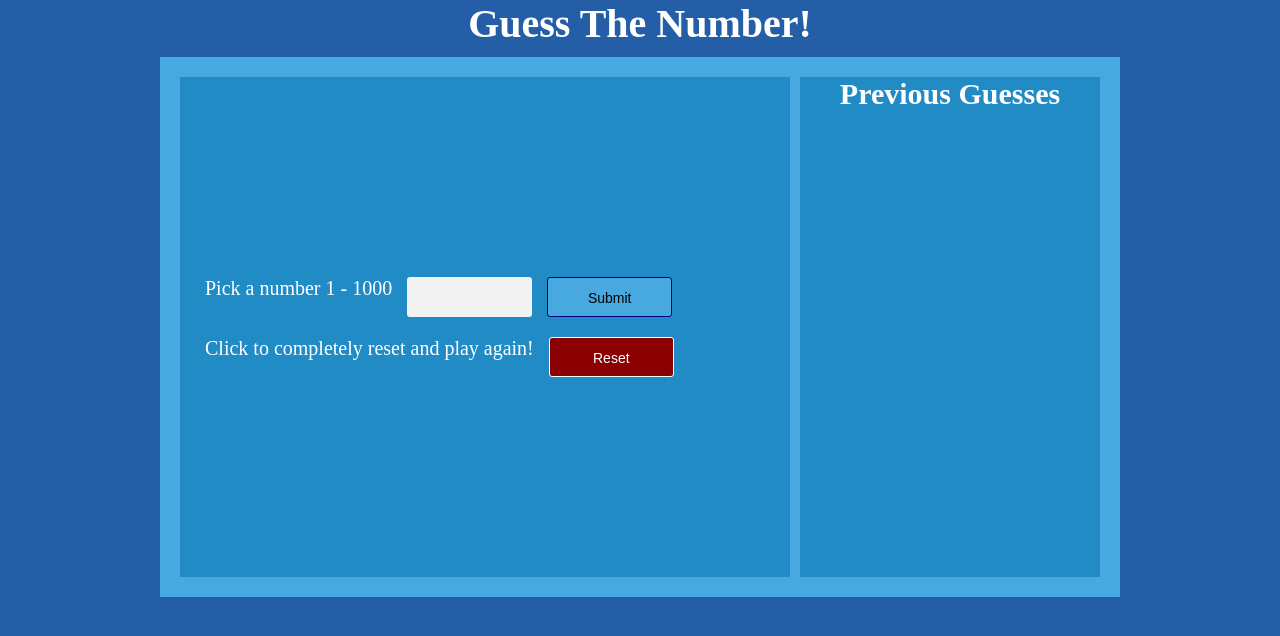
Repository: mlmEFSC21/P15-Modified-Guessing-Game
Page: guess.html
These files come from the project's save history. The page is drawn as it stood at one moment and after the next save; the edit follows.
The browser window is 1280 px wide. The pictures show the whole page.

Above is the page before, as saved 2022-03-21 20:53:36.

After the next save:
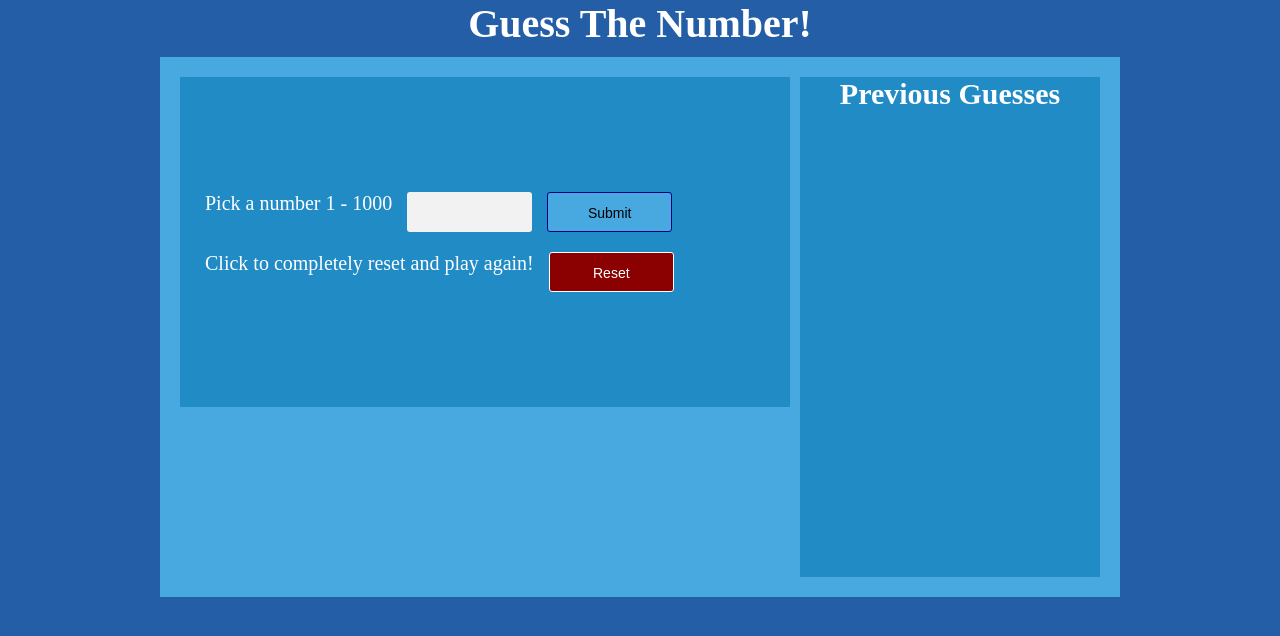
Saved 13 s later.
--- a/guess.css
+++ b/guess.css
@@ -39,7 +39,7 @@ body {
     margin: 10px auto;
     padding: 0 25px;
     grid-column: 1 / 3;
-    grid-row: 1 / 4;
+    grid-row: 1 / 3;
     height: 100%;
     justify-content: center;
     align-items: center;
